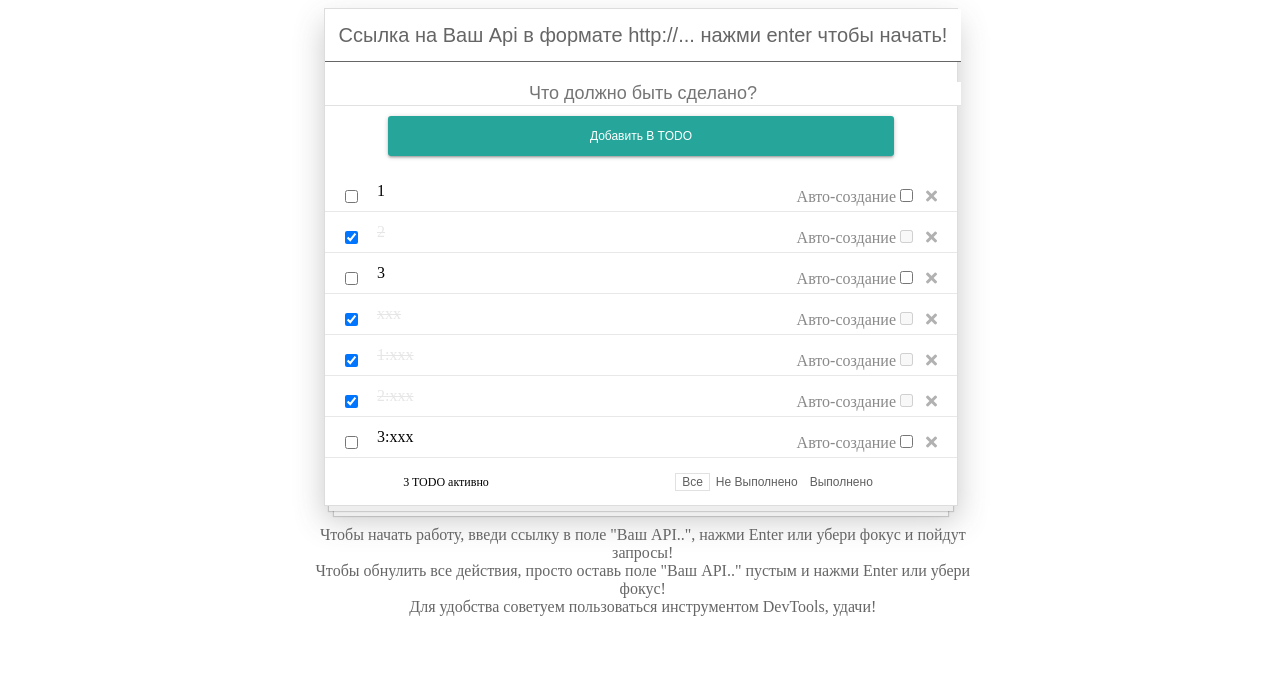
Repository: AntonBrock/taskTodo_for-backend
Page: /
The author's editor kept a copy of each file at every save. The page is drawn from the files as they stood at one save, then again after the next save.
The browser window is 1280 px wide. The pictures show the whole page.
Some web libraries are served in a nearby version. The project was rebuilt for these pictures with package versions that can differ from the ones it lists, and the page was loaded fresh each time.

Above is the page before, as saved 2019-04-30 10:50:50.

After the next save:
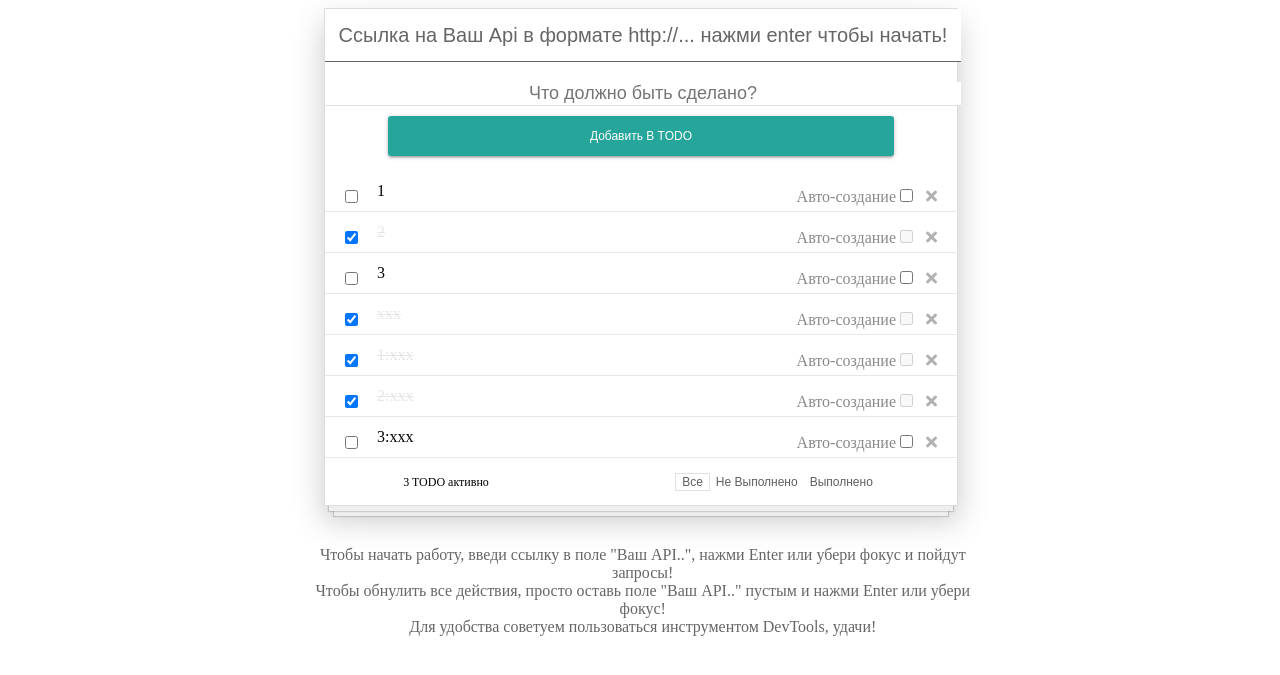
Saved 4 s later.
--- a/src/App.vue
+++ b/src/App.vue
@@ -18,7 +18,7 @@ export default {
 
 <style lang="stylus">
   .helpContainer
-    margin-top 20px
+    margin-top 40px
     text-align center
     margin-left 24%
   .helpText
